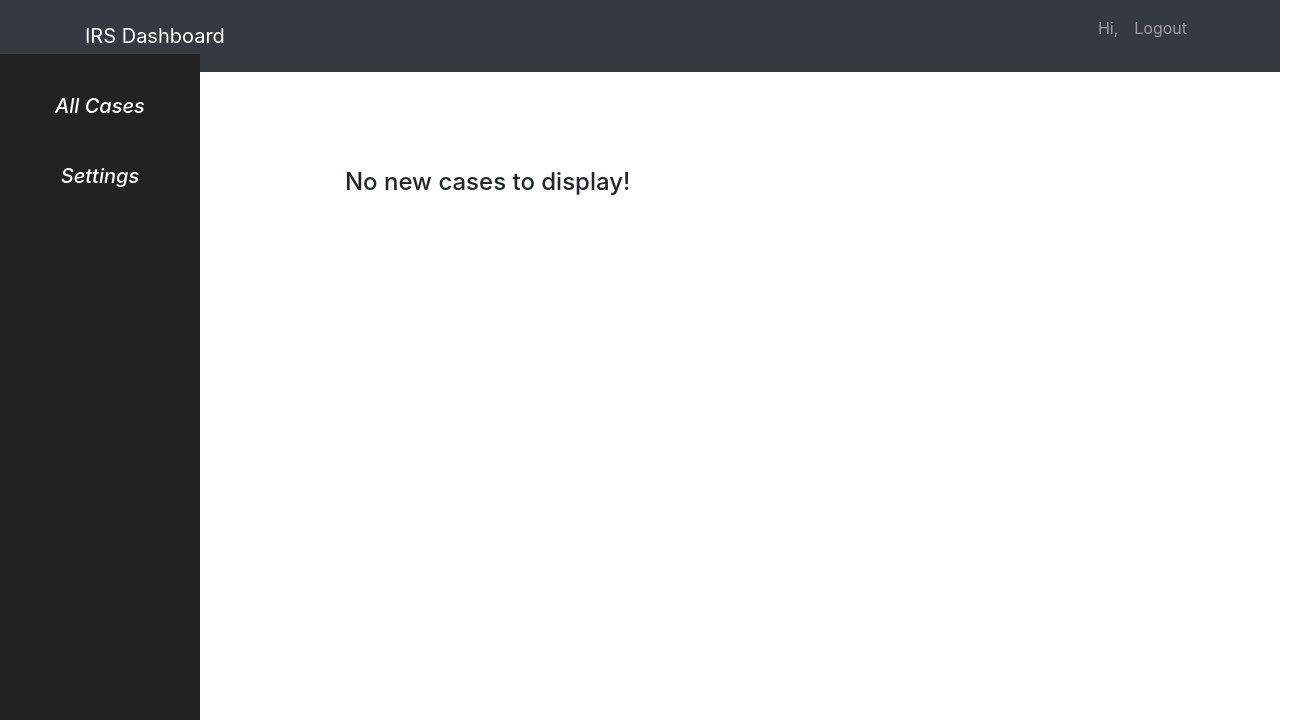
Repository: greeshmavyas/IRS_CS
Page: /AgentDashboard (app in AgentManagement/Frontend/)
An editor plug-in stored every save of this project. The page is shown before and after the next save, followed by the edit.
The browser window is 1280 px wide. The page is 1295 px wide, so the pictures cover 1295 px, including what lies to the right of the window. The pictures show the whole page.
The page's requests for data from a server got no answer. Some web libraries are served in a nearby version. The project was rebuilt for these pictures with package versions that can differ from the ones it lists, and the page was loaded fresh each time. No one was signed in, and anything a server would have sent is missing. Also part of the build but not shown: AgentManagement/Frontend/src/components/NavbarLogin.js, AgentManagement/Frontend/src/components/login.js, AgentManagement/Frontend/src/components/Settings.js, AgentManagement/frontend/src/App.css.

Above is the page before, as saved 2020-10-27 01:54:48.

### AgentManagement/frontend/public/index.html
<!DOCTYPE html>
<html lang="en">
  <head>
    <meta charset="utf-8" />
    <link rel="icon" href="%PUBLIC_URL%/favicon.ico" />
    <meta name="viewport" content="width=device-width, initial-scale=1" />
    <meta name="theme-color" content="#000000" />
    <meta
      name="description"
      content="Web site created using create-react-app"
    />
    <link rel="apple-touch-icon" href="%PUBLIC_URL%/logo192.png" />
    <!--
      manifest.json provides metadata used when your web app is installed on a
      user's mobile device or desktop. See https://developers.google.com/web/fundamentals/web-app-manifest/
    -->
    <link rel="manifest" href="%PUBLIC_URL%/manifest.json" />
    <link rel="stylesheet" href="https://stackpath.bootstrapcdn.com/bootstrap/4.4.1/css/bootstrap.min.css"
      integrity="sha384-Vkoo8x4CGsO3+Hhxv8T/Q5PaXtkKtu6ug5TOeNV6gBiFeWPGFN9MuhOf23Q9Ifjh" crossorigin="anonymous">
    <script src="https://kit.fontawesome.com/db1fc867ad.js" crossorigin="anonymous"></script>
    <!--
      Notice the use of %PUBLIC_URL% in the tags above.
      It will be replaced with the URL of the `public` folder during the build.
      Only files inside the `public` folder can be referenced from the HTML.

      Unlike "/favicon.ico" or "favicon.ico", "%PUBLIC_URL%/favicon.ico" will
      work correctly both with client-side routing and a non-root public URL.
      Learn how to configure a non-root public URL by running `npm run build`.
    -->
    <title>React App</title>
  </head>
  <body>
    <noscript>You need to enable JavaScript to run this app.</noscript>
    <div id="root"></div>
    <script src="https://code.jquery.com/jquery-3.4.1.slim.min.js"
      integrity="sha384-J6qa4849blE2+poT4WnyKhv5vZF5SrPo0iEjwBvKU7imGFAV0wwj1yYfoRSJoZ+n" crossorigin="anonymous"></script>
    <script src="https://cdn.jsdelivr.net/npm/popper.js@1.16.0/dist/umd/popper.min.js"
      integrity="sha384-Q6E9RHvbIyZFJoft+2mJbHaEWldlvI9IOYy5n3zV9zzTtmI3UksdQRVvoxMfooAo" crossorigin="anonymous"></script>
    <script src="https://stackpath.bootstrapcdn.com/bootstrap/4.4.1/js/bootstrap.min.js"
      integrity="sha384-wfSDF2E50Y2D1uUdj0O3uMBJnjuUD4Ih7YwaYd1iqfktj0Uod8GCExl3Og8ifwB6" crossorigin="anonymous"></script>
    <!--
      This HTML file is a template.
      If you open it directly in the browser, you will see an empty page.

      You can add webfonts, meta tags, or analytics to this file.
      The build step will place the bundled scripts into the <body> tag.

      To begin the development, run `npm start` or `yarn start`.
      To create a production bundle, use `npm run build` or `yarn build`.
    -->
  </body>
</html>

### AgentManagement/Frontend/src/App.js
import React from 'react';
import { BrowserRouter } from 'react-router-dom';
import Main from "./Main"
import './App.css';

function App() {
  return (
    <div>
      <BrowserRouter>
        <Main />
      </BrowserRouter>
    </div>
  );
}

export default App;

### AgentManagement/Frontend/src/Main.js
import React, { Component } from 'react';
import { Route } from 'react-router-dom';
import login from './components/login';
import Dashboard from './components/Dashboard';
import Settings from './components/Settings';

 class Main extends Component {
    render() {
        return (
          <div>
            <Route exact path="/" component={login} />
            <Route exact path="/AgentDashboard" component={Dashboard} />
            <Route exact path="/settings" component={Settings} />
          </div>
        );
    }
}

export default Main;

### AgentManagement/Frontend/src/components/Dashboard.js
import React, { Component } from 'react';
import axios from "axios";
import NavbarDash from "./NavbarDash";
import { Modal, ModalHeader, ModalBody, ModalFooter } from "reactstrap";
import Sidebar from './Sidebar'
import config from '../config/settings'
import Card from 'react-bootstrap/Card'
import Dropdown from 'react-bootstrap/Dropdown'


class Dashboard extends Component {
  constructor() {
    super();
    this.state = {
      allCases: {},
      viewcase: null,
      modal: false,
      mstatus: "open",
      flag: false
    };

  }

  showModal = () => {
    console.log("hello");
    this.setState({
      modal: !this.state.modal,
    });
  };
  showModal1 = (viewcase) => {
    console.log("hello1");
    this.setState({
      modal: !this.state.modal,
      viewcase: viewcase,
    });
  };

  handleStatusChange = (modalstatus) => {
    this.setState({
      mstatus: modalstatus
    })
  }

  async componentDidMount() {
    console.log("in get all cases frontend")

    let agentID = localStorage.getItem("agentID");
    let organisationID = localStorage.getItem("organisationID")

    axios.defaults.withCredentials = true;
    let data = {
      agentID: agentID,
      organisationID: organisationID
    };
    console.log("data is..")
    console.log(data);

    axios({
      method: 'get',
      url: 'http://' + config.hostname + ':' + config.backendPort + '/getCases',
      params: data,
    })
      .then((response) => {
        console.log("response from getCases")
        console.log(response)

        if (response.status === 200) {
          let receivedCases = response.data.cases;
          console.log("received cases")
          console.log(response.data.cases)
          if (receivedCases) {
            this.setState({ allCases: receivedCases, flag: true });
          } else {
            this.setState({ allCases: {} });
          }
        }
        else {
          this.setState({ allCases: {} });
        }

      })
      .catch(error => {
        console.log(error);
        this.setState({ allCases: {} })
      })
  }

  render() {
    const closeBtn = (
      <button className="close" onClick={() => this.showModal()}>
        &times;
       </button>
    );
    var casedetails;
    if (this.state.flag) {
      casedetails = this.state.allCases.map((ticket) => {
        return (
          <div>
            <div onClick={() => this.showModal1(ticket)} >
              <Card>
                <Card.Body>
                  <table>
                    <tbody >
                      <tr >
                        <td style={{ width: '10rem' }}> ID: {ticket.CaseID}</td>
                        <td style={{ width: '15rem' }}>Status: {ticket.Status}</td>
                        <td style={{ width: '50rem' }}>{ticket.Information} </td>
                      </tr>
                    </tbody>
                  </table>
                </Card.Body>
              </Card>
            </div>
          </div>
        );
      });
    }
    return (
      <div>
        <NavbarDash />
        <div className="row">
          <div className="col-2">
            <Sidebar />
          </div>
          <div className="container col-9">
          {this.state.allCases.length > 0 ? (
              <div className="col-10">
                {casedetails}
                {this.state.viewcase != null ? (
                  <Modal
                    isOpen={this.state.modal}
                    toggle={() => this.showModal()}
                    className="modal-popup-lg"
                    scrollable
                  >
                    <ModalHeader
                      toggle={() => this.showModal()}
                      close={closeBtn}
                    >
                      Case Details
                   </ModalHeader>
                    <ModalBody className="modal-body">
                      <div className=" row form-group">
                        <p className="font-weight col-7">
                          Information : {this.state.viewcase.Information}
                        </p>
                        <div className="col-3">
                          <button class="btn btn-success dropdown-toggle" type="button" id="dropdownMenuButton" data-toggle="dropdown" aria-haspopup="true" aria-expanded="false">
                            {this.state.mstatus}</button>
                          <div class="dropdown-menu" aria-labelledby="dropdownMenuButton">
                            <button onClick={() => this.handleStatusChange("Working")} class="dropdown-item" >Working</button>
                            <button onClick={() => this.handleStatusChange("Resolved")} class="dropdown-item" >Resolved</button>
                            <button onClick={() => this.handleStatusChange("Postponed")} class="dropdown-item" >Postponed</button>
                          </div>
                        </div>
                      </div>
                      <div className="form-group">
                        <p className="font-weight-bold">
                          Resolution Comments : {this.state.viewcase.ResolutionComments}
                        </p>

                      </div>

                    </ModalBody>
                    <ModalFooter>
                    </ModalFooter>
                  </Modal>
                ) : null}
              </div>
            ) : (
                <div>
                  <h4 style={{ margin: "3em" }}>No new cases to display!</h4>
                </div>
              )}
          </div>

        </div>
      </div>
    );
  }
}

export default Dashboard;

### AgentManagement/Frontend/src/config/settings.js
module.exports = {
    "hostname": "localhost",
    "backendPort": 3001,
    'frontendHostName': 'localhost',
    'frontendPort': 3000,
};

### AgentManagement/Frontend/src/components/NavbarDash.js
import React, { Component } from 'react';

class NavbarDash extends Component {

  handleLogout = () => {
    window.localStorage.clear();
  };

  render() {
    return (
      <nav className="navbar navbar-expand-sm navbar-dark bg-dark mb-4">
        <div className="container">
          <a className="navbar-brand" href="/AgentDashboard">
            IRS Dashboard
          </a>
          <button
            className="navbar-toggler"
            type="button"
            data-toggle="collapse"
            data-target="#mobile-nav"
          >
            <span className="navbar-toggler-icon"></span>
          </button>

          <div className="collapse navbar-collapse" id="mobile-nav">

            <ul className="navbar-nav ml-auto">
              <li className="nav-item">
                <p className="nav-link" >
                  Hi, {localStorage.getItem("firstname")}
                </p>
              </li>
              <li className="nav-item">
                <a className="nav-link" href="/" onClick={this.handleLogout}>
                  Logout
                </a>
              </li>
            </ul>
          </div>
        </div>
      </nav>
    );
  }
}

export default NavbarDash;

### AgentManagement/Frontend/src/components/Sidebar.js
import React from 'react';
import styled from 'styled-components';
import { BrowserRouter as Router, Route, Link, withRouter } from "react-router-dom";

const StyledSideNav = styled.div`
    position: fixed;     /* Fixed Sidebar (stay in place on scroll and position relative to viewport) */
    height: 100%;
    width: 200px;     /* Set the width of the sidebar */
    z-index: 1;      /* Stay on top of everything */
    top: 3.4em;      /* Stay at the top */
    background-color: #222; /* Black */
    overflow-x: hidden;     /* Disable horizontal scroll */
    padding-top: 40px;
    font-style: oblique;
`;

class SideNav extends React.Component {
    constructor(props) {
        super(props);
        this.state = {
            activePath: props.location.pathname,
            items: [
                {
                  path: '/dashboard', /* path is used as id to check which NavItem is active basically */
                  name: 'All Cases',
                  key: 1 /* Key is required, else console throws error. Does this please you Mr. Browser?! */
                },
                {
                    path: '/Settings',
                    name: 'Settings',
                    key: 2
                  },
              ]
        }
    }

    onItemClick = (path) => {
        this.setState({ activePath: path });
    }

    render() {
        const { items, activePath } = this.state;
        return(
            <StyledSideNav>
                {
                    items.map((item) => {
                        return (
                            <NavItem
                                path={item.path}
                                name={item.name}
                                onItemClick={this.onItemClick}
                                active={item.path === activePath}
                                key={item.key}
                            />
                        );
                    })
                }
            </StyledSideNav>
        );
    }
}

const RouterSideNav = withRouter(SideNav);

const StyledNavItem = styled.div`
    height: 70px;
    width: 200px; /* width must be same size as NavBar to center */
    text-align: center; /* Aligns <a> inside of NavIcon div */
    margin-bottom: 0;   /* Puts space between NavItems */
    a {
        font-size: 2.7em;
        color: ${(props) => props.active ? "white" : "#FFFFFF"};
        :hover {
            opacity: 0.7;
            text-decoration: none; /* Gets rid of underlining of icons */
        }
    }
`;

class NavItem extends React.Component {
    handleClick = () => {
        const { path, onItemClick } = this.props;
        onItemClick(path);
    }

    render() {
        const { active } = this.props;
        return(

            <StyledNavItem active={active}>

                <Link to={this.props.path}   className={this.props.name} onClick={this.handleClick}>

                    <NavIcon> <h5 color = "#FFFFFF" >{this.props.name}</h5></NavIcon>
                </Link>
            </StyledNavItem>
        );
    }
}

const NavIcon = styled.div`
`;

export default class Sidebar extends React.Component {
    render() {
        return (
            <RouterSideNav></RouterSideNav>
        );
    }
}

Loaded but not shown: AgentManagement/Frontend/src/index.js (common file); AgentManagement/frontend/src/index.css (common file); AgentManagement/frontend/src/serviceWorker.js (common file)

After the next save:
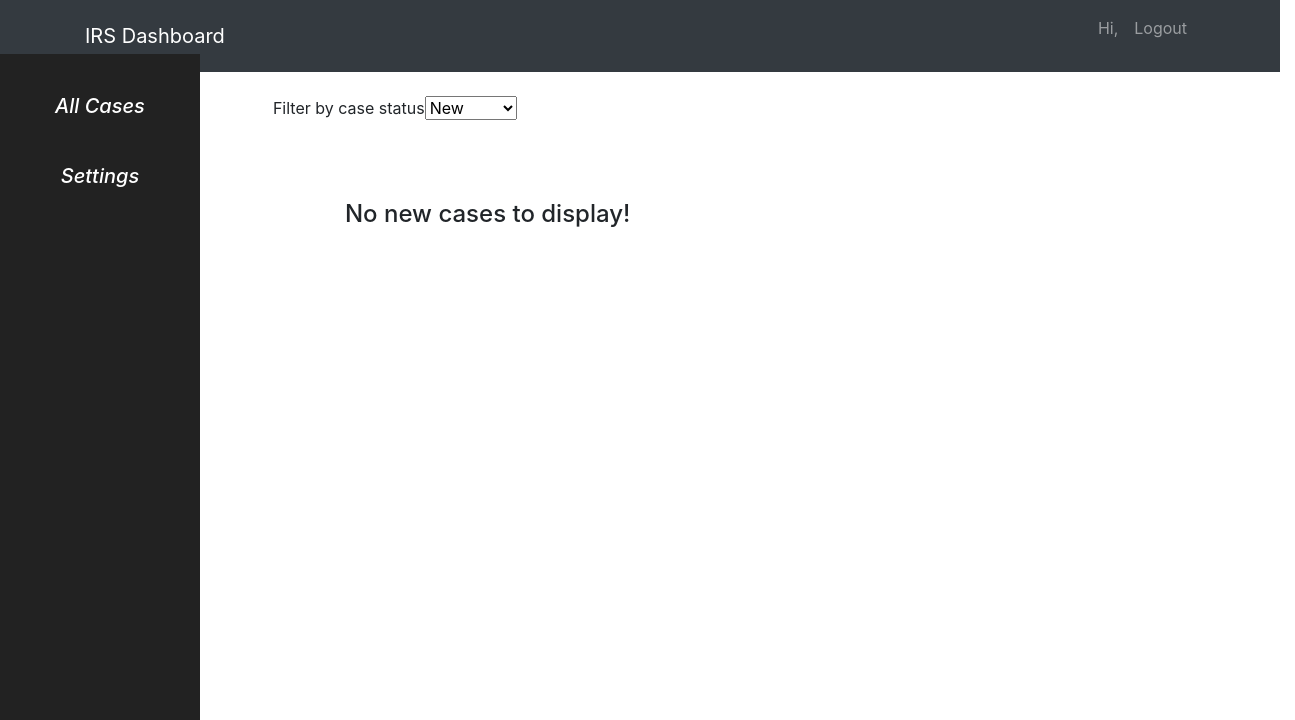
Saved 10 s later.
--- a/AgentManagement/Frontend/src/components/Dashboard.js
+++ b/AgentManagement/Frontend/src/components/Dashboard.js
@@ -169,6 +169,16 @@ class Dashboard extends Component {
               </div>
             ) : (
                 <div>
+                  <form action="/action_page.php">
+            <label for="filters">Filter by case status</label>
+              <select name="status" id="status">
+                <option value="New">New</option>
+                <option value="Open">Open</option>
+                <option value="Resolved">Resolved</option>
+                <option value="Pending">Pending</option>
+              </select>
+            <br></br>
+          </form>
                   <h4 style={{ margin: "3em" }}>No new cases to display!</h4>
                 </div>
               )}
